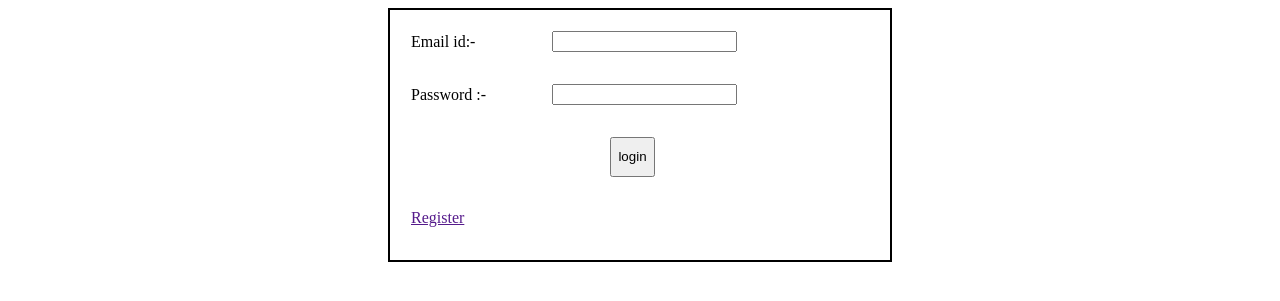
Repository: ShivrajMPujari/ServletApplication
Page: http://localhost/LoginReg/
The author's editor kept a copy of each file at every save. The page is drawn from the files as they stood at one save, then again after the next save.
The browser window is 1280 px wide. The pictures show the whole page.
The page is served by Tomcat 9. Other server files are loaded and not shown.

Above is the page before, as saved 2018-07-09 06:09:10.

### LoginReg/WebContent/index.html
<!DOCTYPE html>
<html>
<head>
<meta charset="UTF-8">
<title>Insert title here</title>
<link rel="stylesheet" href="index.css"/>
</head>
<body>

<div class="tableDiv">
<form action="">
<table class="loginTabel" cellspacing="10">
<tr>
	<td> Email id:- </td> <td> <input type="email" /></td>
</tr>

<tr>
	<td>Password :- </td> <td> <input type="password" /> </td>
</tr>

<tr>
<td colspan="2"  class="submitButton"  > <input class="btn"type="submit" value="login" /></td>
</tr>

<tr>
<td colspan="2"> <a href="">Register</a></td>
</tr>
</table>
</form>
</div>
</body>
</html>

### LoginReg/WebContent/index.css
@CHARSET "UTF-8";

.tableDiv{
	height:250px;
	width:500px;
	margin:auto;
	border:2px solid black;
}
.loginTabel{

	height:240px;
	width:480px;
	margin:auto;

}
tr{
	height: 30px;
}
.submitButton{
	padding-left:200px;

}
.btn{
	height: 40px;
	width:45px;
}

After the next save:
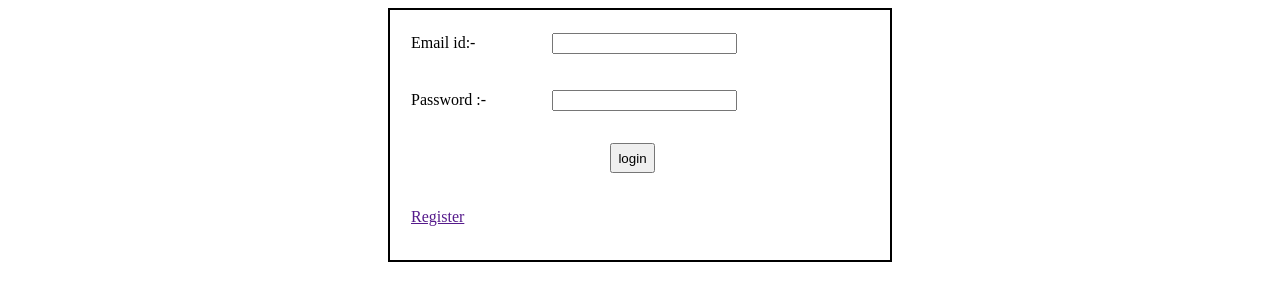
Saved 14 s later.
--- a/LoginReg/WebContent/index.css
+++ b/LoginReg/WebContent/index.css
@@ -21,6 +21,6 @@ tr{
 
 }
 .btn{
-	height: 40px;
+	height: 30px;
 	width:45px;
 }
